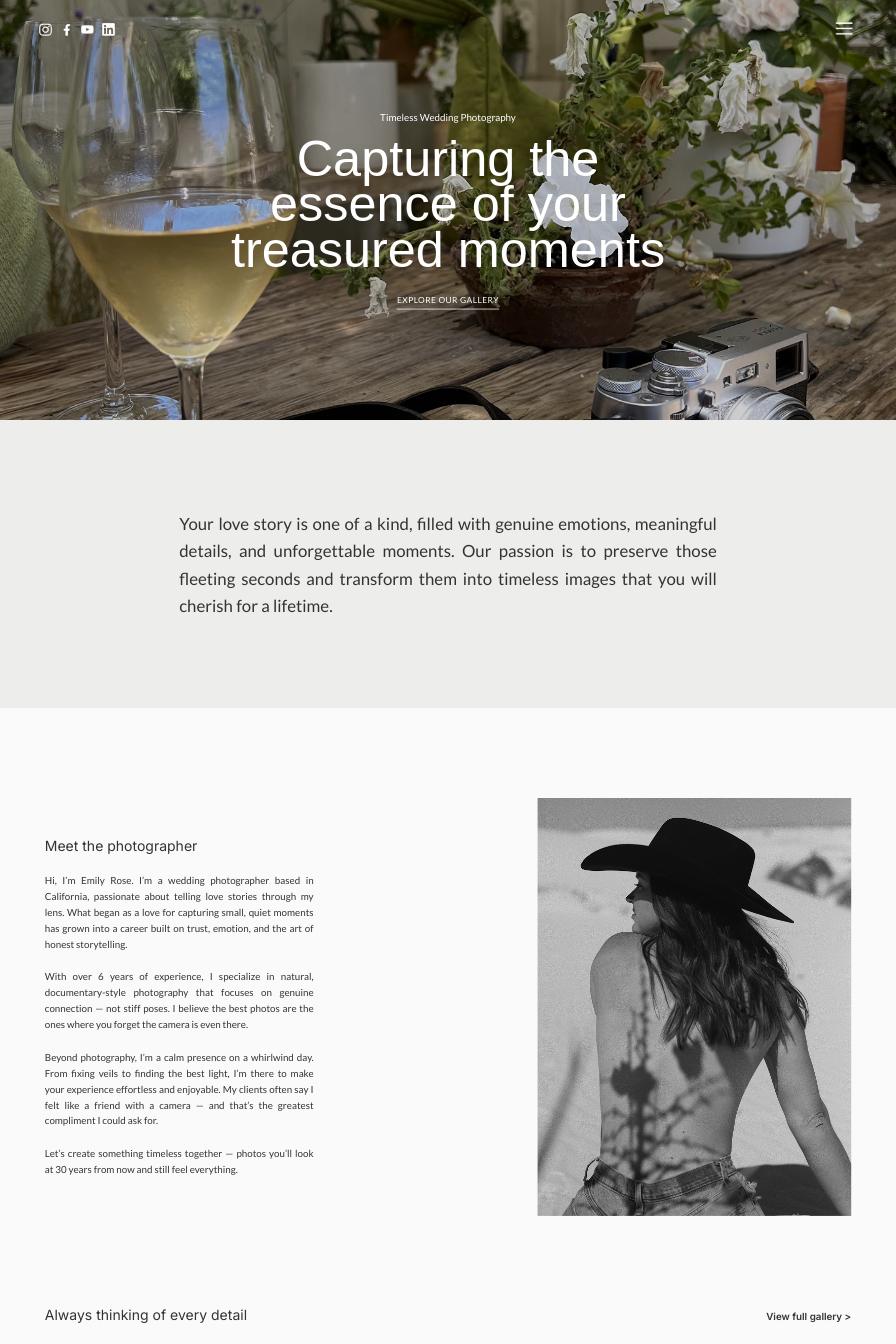
Repository: eduarda-magnago/wt-photography
Page: /
An editor plug-in stored every save of this project. The page is shown before and after the next save, followed by the edit.
The browser window is 1280 px wide. The pictures show the part of the page from y = 0 to 1920 px (the page is 3700 px tall before and 3650 px after), at 70% of full size.
Some web fonts or font styles are not loaded; a fallback is used. The project was rebuilt for these pictures with package versions that can differ from the ones it lists, and the page was loaded fresh each time. The framework's server and built-in components were replaced by stand-ins that run in the browser. Also part of the build but not shown: next.config.ts.

Above is the page before, as saved 2026-10-14 12:11:21.

After the next save:
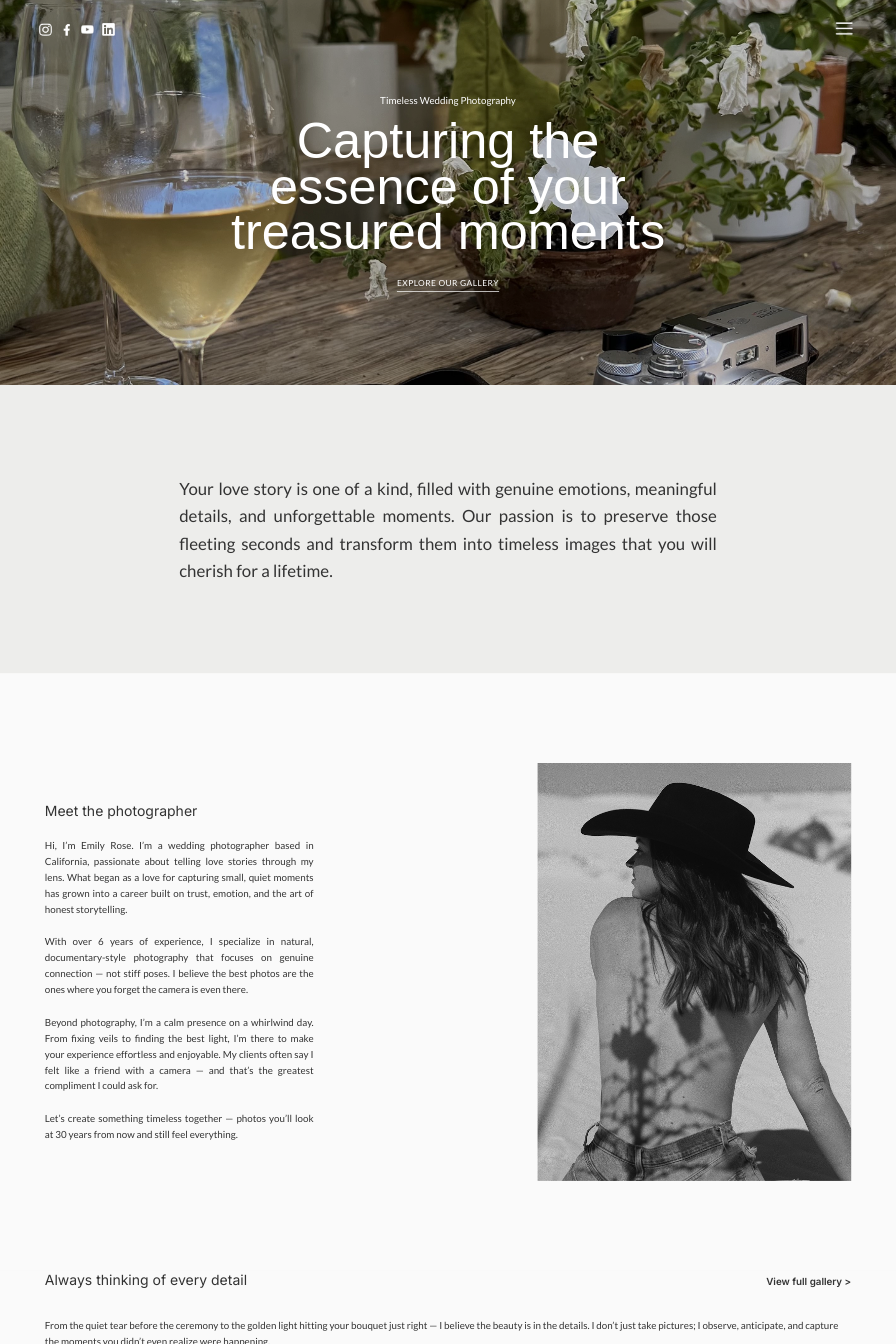
Saved 19 s later.
--- a/components/hero.tsx
+++ b/components/hero.tsx
@@ -17,7 +17,7 @@ export default function Hero({
   ctaHref = "/#gallery",
 }: HeroProps) {
   return (
-    <section className="relative flex h-[70vh] min-h-[600px] items-center justify-center overflow-hidden">
+    <section className="relative flex h-[70vh] min-h-[550px] items-center justify-center overflow-hidden">
       <Image
         src="/img/hero.png"
         alt=""
